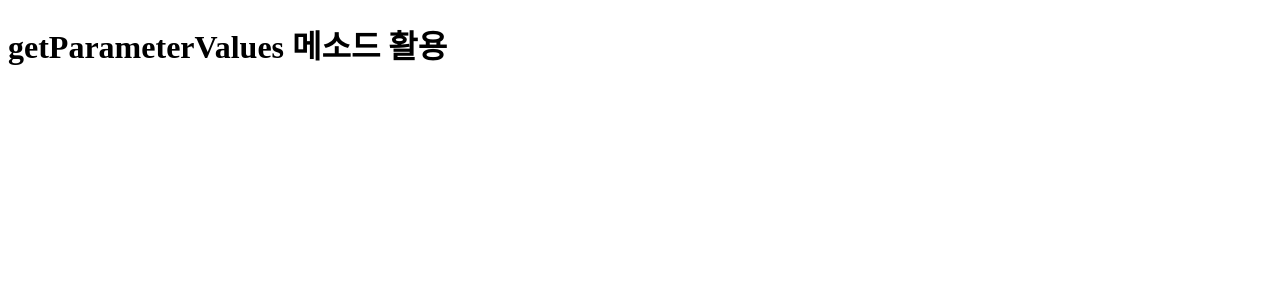
Repository: seminocoe/JSP_STUDY
Page: http://localhost/ServletProject/login/Sport.jsp
The author's editor kept a copy of each file at every save. The page is drawn from the files as they stood at one save, then again after the next save.
The browser window is 1280 px wide. The pictures show the whole page.
The page is served by Tomcat 9. Other server files are loaded and not shown.

Above is the page before, as saved 2022-07-29 01:48:58.

### ServletProject/src/main/webapp/login/Sport.jsp
<%@ page language="java" contentType="text/html; charset=UTF-8"
    pageEncoding="UTF-8"%>
<!DOCTYPE html>
<html>
<head>
<meta charset="UTF-8">
<title>취미와 성별</title>
</head>
<body>
	<h1>getParameterValues 메소드 활용</h1>
</body>
</html>

After the next save:
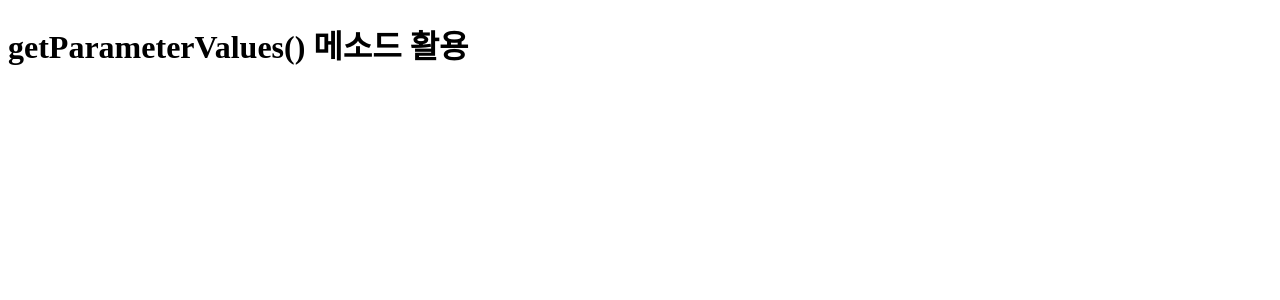
Saved 7 s later.
--- a/ServletProject/src/main/webapp/login/Sport.jsp
+++ b/ServletProject/src/main/webapp/login/Sport.jsp
@@ -7,6 +7,6 @@
 <title>취미와 성별</title>
 </head>
 <body>
-	<h1>getParameterValues 메소드 활용</h1>
+	<h1>getParameterValues() 메소드 활용</h1>
 </body>
 </html>
